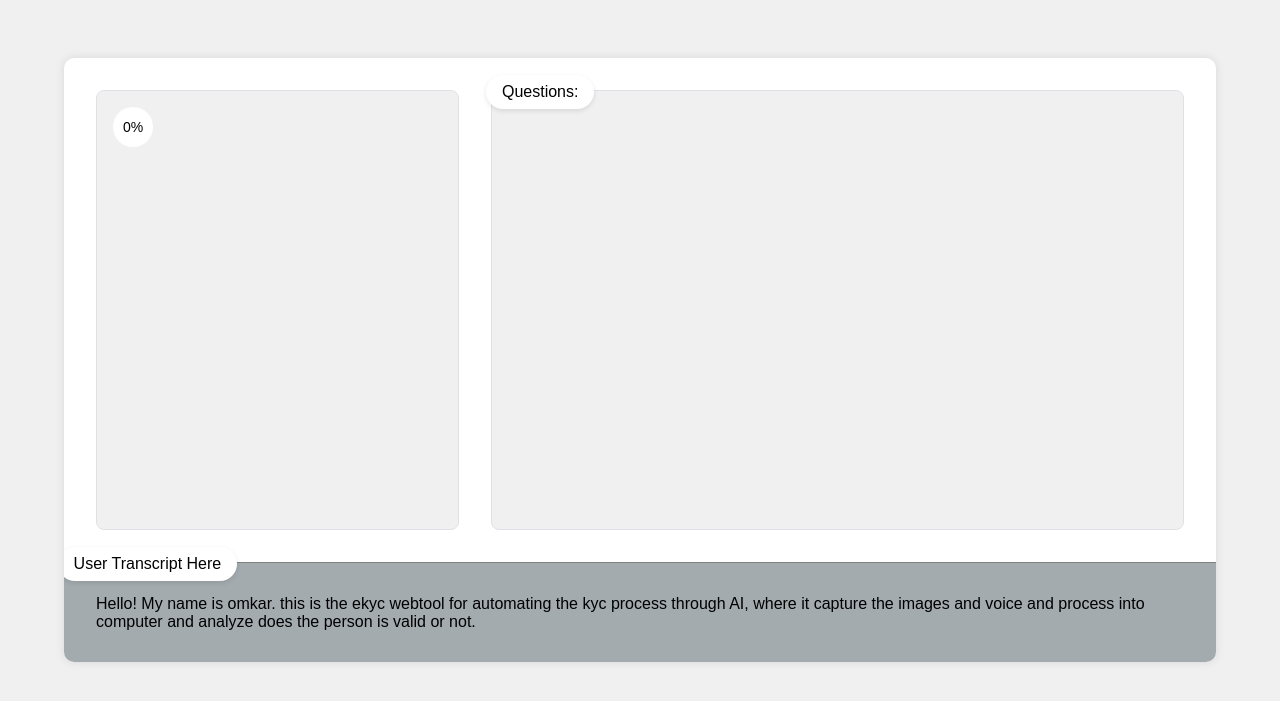
Repository: Ayaanns/E-kyc-BE-project
Page: http://localhost/
The author's editor kept a copy of each file at every save. The page is drawn from the files as they stood at one save, then again after the next save.
The browser window is 1280 px wide. The pictures show the whole page.
The page is served by the project's application, run on Django 4.2 (manage.py). A made-up administrator, testuser (Test User, test@example.com), is signed in.

Above is the page before, as saved 2025-02-28 06:31:00.

After the next save:
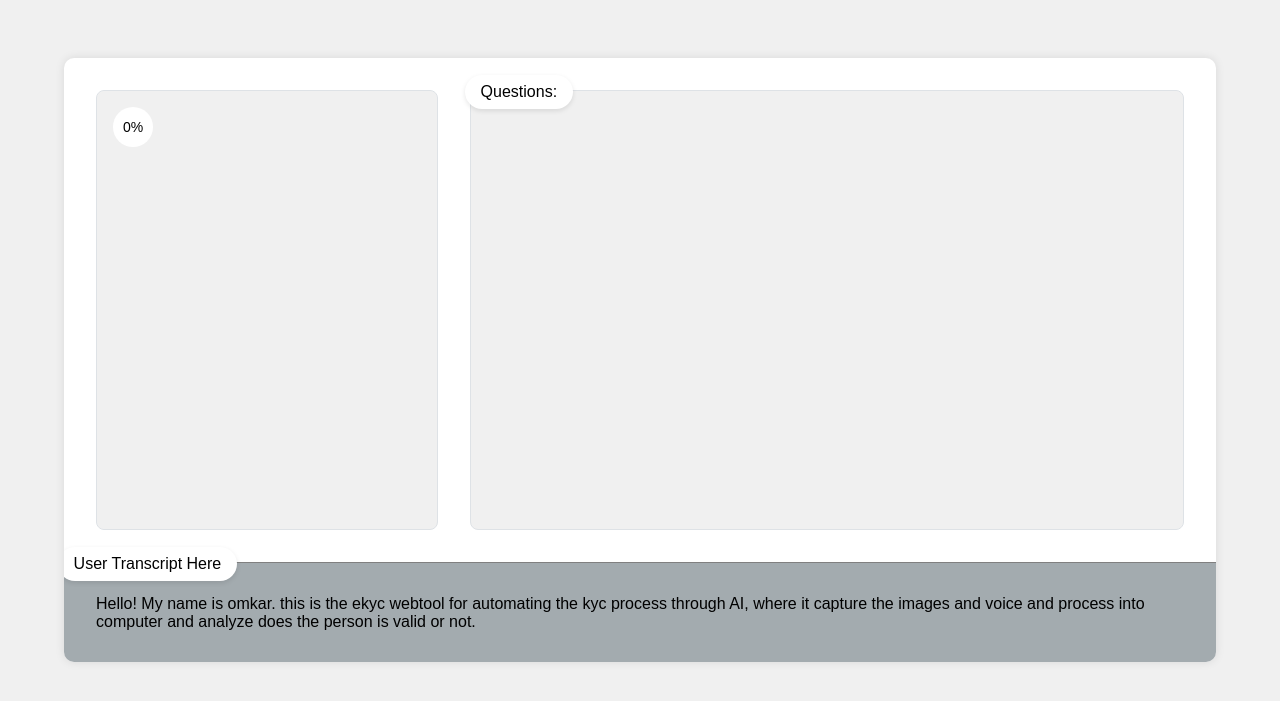
Saved 2 min 26 s later.
--- a/templates/home.html
+++ b/templates/home.html
@@ -14,7 +14,7 @@
             </div>
             <div class="webcam-feed">
                 <div class="questions">Questions:</div>
-                <video id="webcam" width="640" height="480" autoplay></video>
+                <video id="webcam" width="680" height="440" autoplay></video>
             </div>
         </div>
         <div style="" class="transcript-section">

After the save that followed:
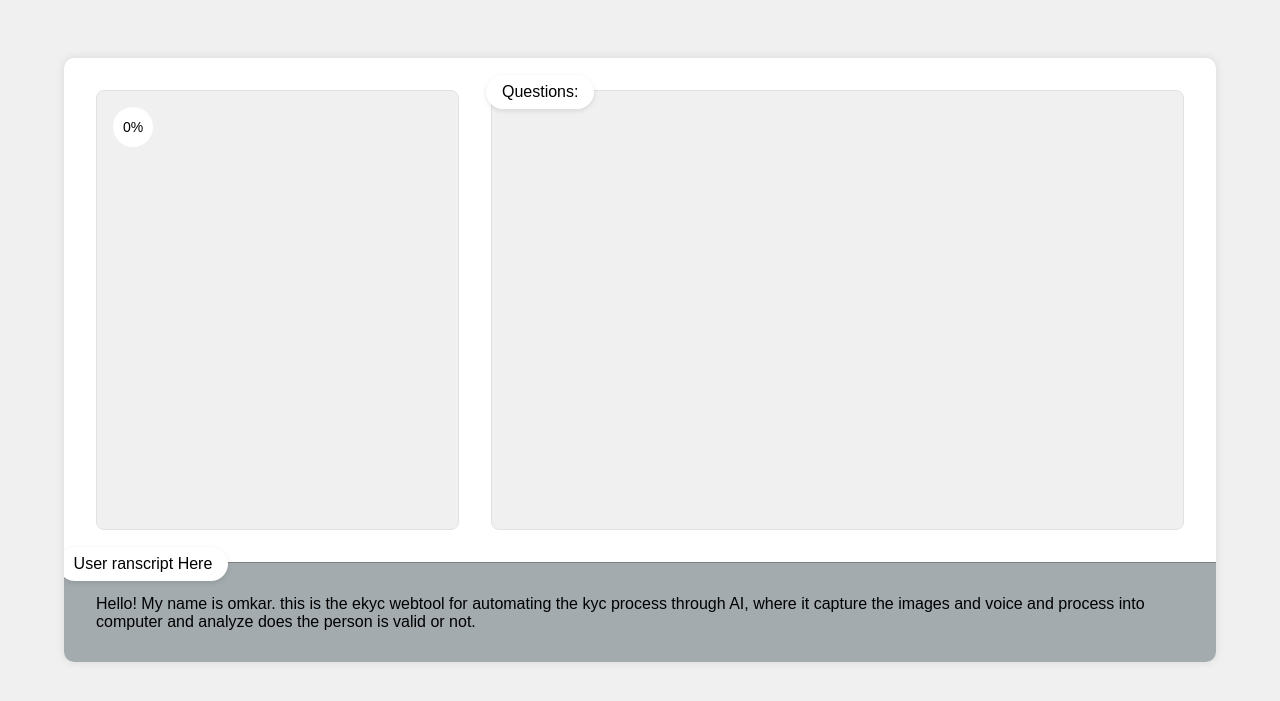
Saved 4 min 18 s later.
--- a/templates/home.html
+++ b/templates/home.html
@@ -5,6 +5,14 @@
     <meta charset="UTF-8">
     <meta name="viewport" content="width=device-width, initial-scale=1.0">
     <link rel="stylesheet" href="{% static 'styles.css' %}">
+    <style>
+        .webcam-feed video {
+            width: 100%;
+            height: auto;
+            border-radius: 15px; /* Make corners curved */
+            object-fit: cover; /* Ensure the video fits within the container */
+        }
+    </style>
 </head>
 <body>
     <div class="container">
@@ -14,11 +22,11 @@
             </div>
             <div class="webcam-feed">
                 <div class="questions">Questions:</div>
-                <video id="webcam" width="680" height="440" autoplay></video>
+                <video id="webcam" autoplay></video>
             </div>
         </div>
         <div style="" class="transcript-section">
-            <span class="questions">User Transcript Here</span>
+            <span class="questions">User ranscript Here</span>
             <p id="transcript">Hello! My name is omkar. this is the ekyc webtool for automating the kyc process through AI, where it capture the images and voice and process into computer and analyze does the person is valid or not.</p>
         </div>
     </div>
